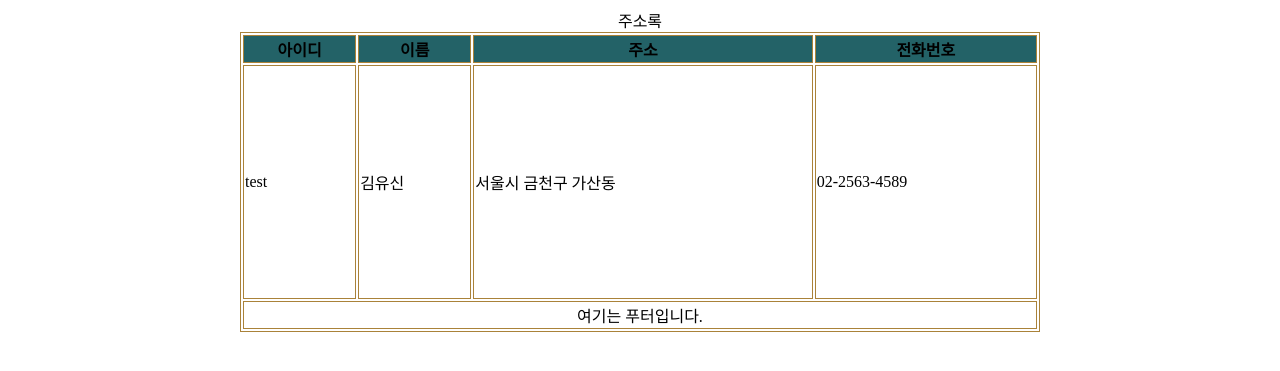
Repository: rightsecond3/java52
Page: workspace_script/dev_html/WebContent/html_table/table_1.html
An editor plug-in stored every save of this project. The page is shown before and after the next save, followed by the edit.
The browser window is 1280 px wide. The pictures show the whole page.

Above is the page before, as saved 2019-06-10 02:23:06.

### workspace_script/dev_html/WebContent/html_table/table_1.html
<!DOCTYPE html>
<html>
<head>
<meta charset="UTF-8">
<title>주소록</title>
</head>
<body>
	<table align="center" borderColor="#AA8239" border="1" width="800px" height="300px">
		<!-- 테이블의 이름 지정 -->
		<caption>주소록</caption>
		<thead>
			<!-- 로우 -->
			<tr bgColor="#236267">
				<!-- 컬럼 -->
				<th>아이디</th>
				<th>이름</th>
				<th>주소</th>
				<th>전화번호</th>
			</tr>
		</thead>
		<tbody>
			<tr>
				<td>test</td>
				<td>김유신</td>
				<td>서울시 금천구 가산동</td>
				<td>02-2563-4589</td>
			</tr>
		</tbody>
		<tfoot>
			<tr>
				<!-- colspan:셀병합, align : 정렬상태 -->
				<td colspan="4" align="center">여기는 푸터입니다.</td>
			</tr>
		</tfoot>
	</table>
</body>
</html>

After the next save:
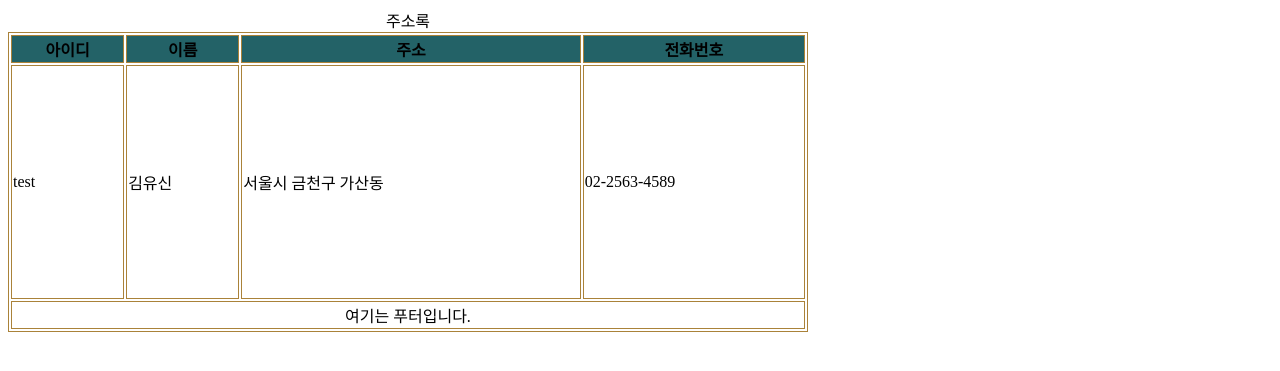
Saved 26 s later.
--- a/workspace_script/dev_html/WebContent/html_table/table_1.html
+++ b/workspace_script/dev_html/WebContent/html_table/table_1.html
@@ -5,7 +5,7 @@
 <title>주소록</title>
 </head>
 <body>
-	<table align="center" borderColor="#AA8239" border="1" width="800px" height="300px">
+	<table  borderColor="#AA8239" border="1" width="800px" height="300px">
 		<!-- 테이블의 이름 지정 -->
 		<caption>주소록</caption>
 		<thead>
